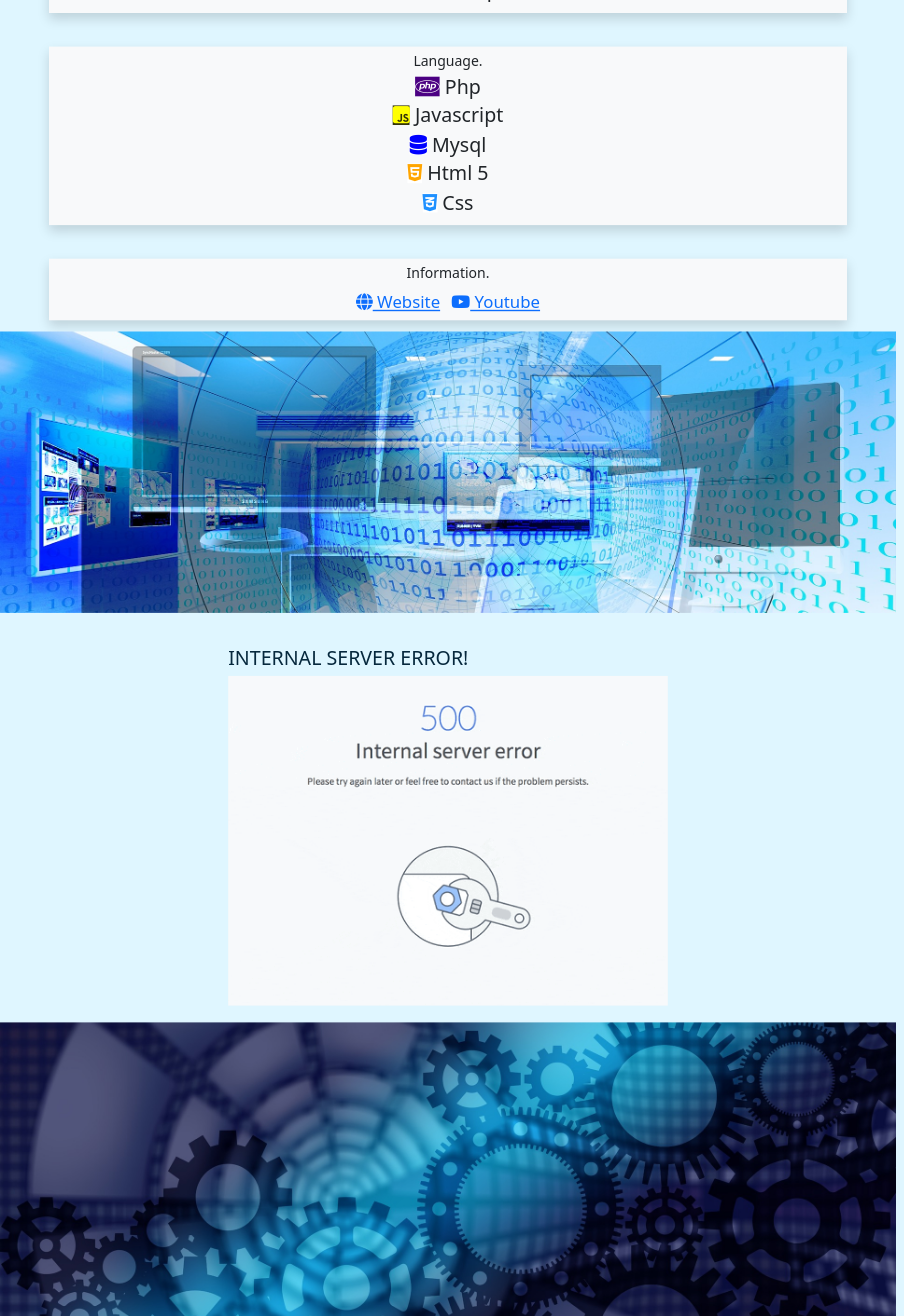
Repository: initer3737/initer3737.github.io
Page: index.html
An editor plug-in stored every save of this project. The page is shown before and after the next save, followed by the edit.
The browser window is 1280 px wide. The page is 1292 px wide, so the pictures cover 1292 px, including what lies to the right of the window. The pictures show the part of the page from y = 891 to 2771 px (the page is 3135 px tall), at 70% of full size.
Some web libraries are served in a nearby version.

Above is the page before, as saved 2022-06-12 08:23:19.
Console error: TypeError: Cannot set properties of null (setting 'innerHTML')

After the next save:
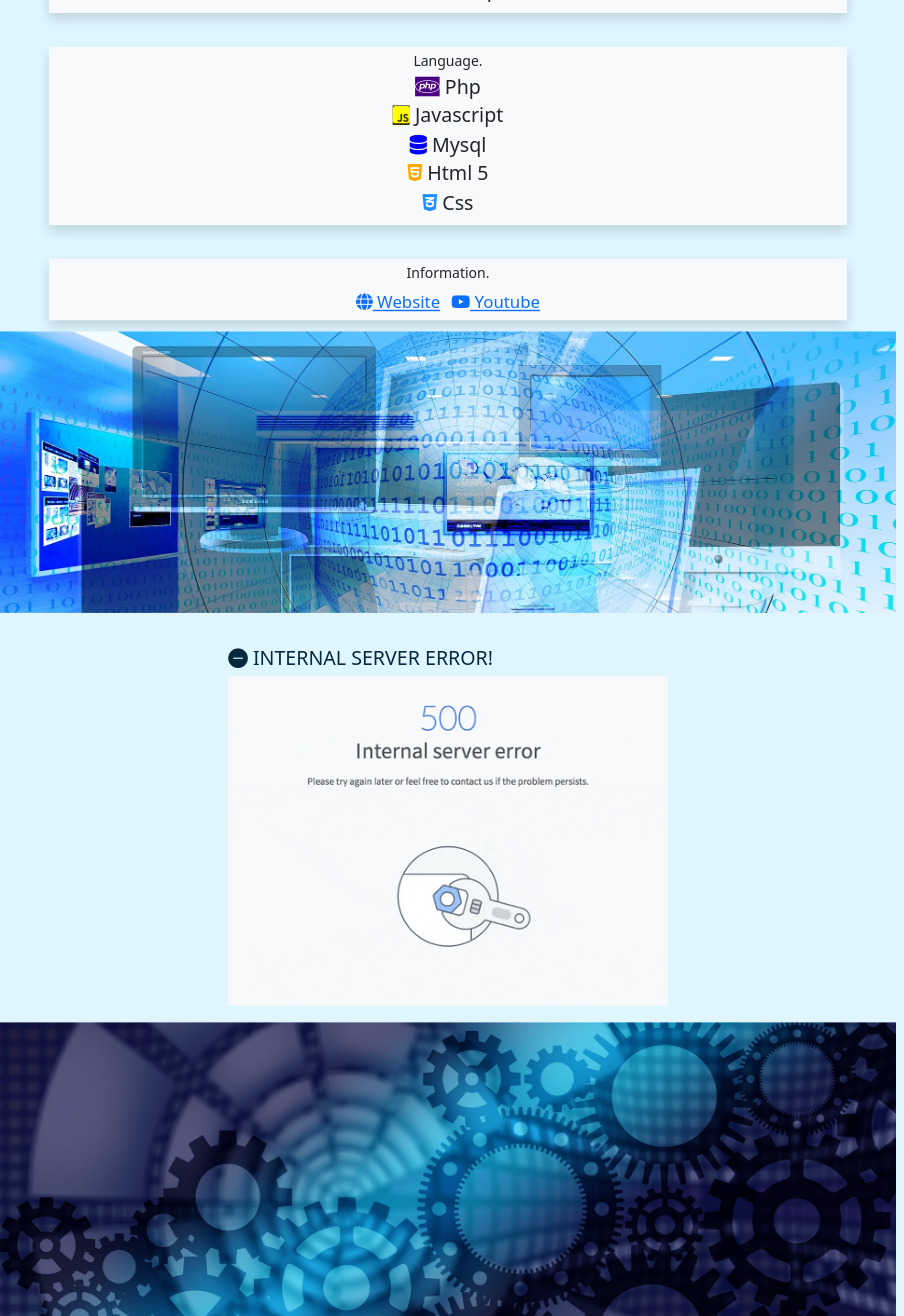
Saved 32 s later.
--- a/index.html
+++ b/index.html
@@ -90,7 +90,7 @@
            </div>
            <div class="col-6 mt-5 m-auto">
             <div class="d-flex flex-row flex-wrap">
-                <h3 class="color-4">INTERNAL SERVER ERROR!</h3>
+                <h3 class="color-4"><i class="bi bi-dash-circle-fill"></i> INTERNAL SERVER ERROR!</h3>
                 <img src="img/giphy.gif" class="img-fluid w-100" alt="">
             </div>
            </div>
